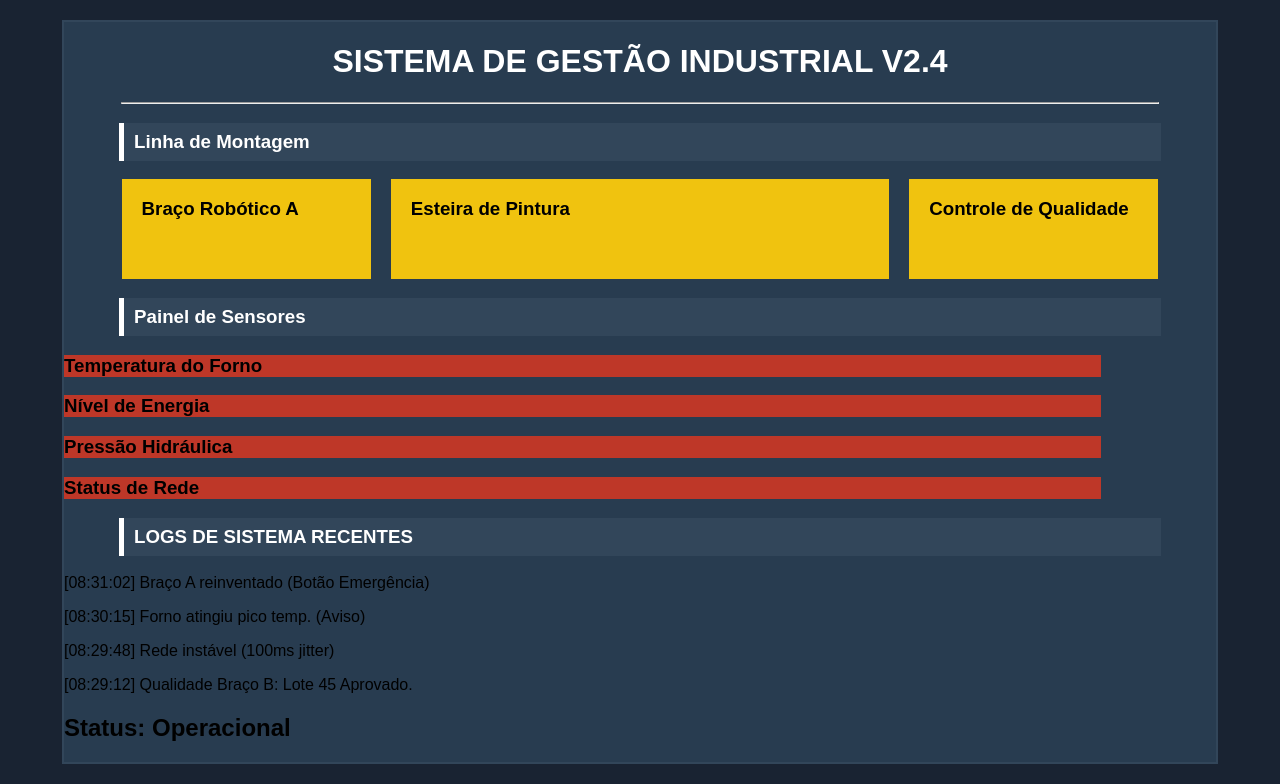
Repository: DanielEDapper/Front-WEG
Page: ProfeIgor/Aula5 - Dashboard Industrial/index.html
The author's editor kept a copy of each file at every save. The page is drawn from the files as they stood at one save, then again after a run of saves.
The browser window is 1280 px wide. The pictures show the whole page.
Some icons come from a web library that is not loaded, so they are not drawn.

Above is the page before, as saved 2026-05-29 19:54:14.

After the next 3 saves:
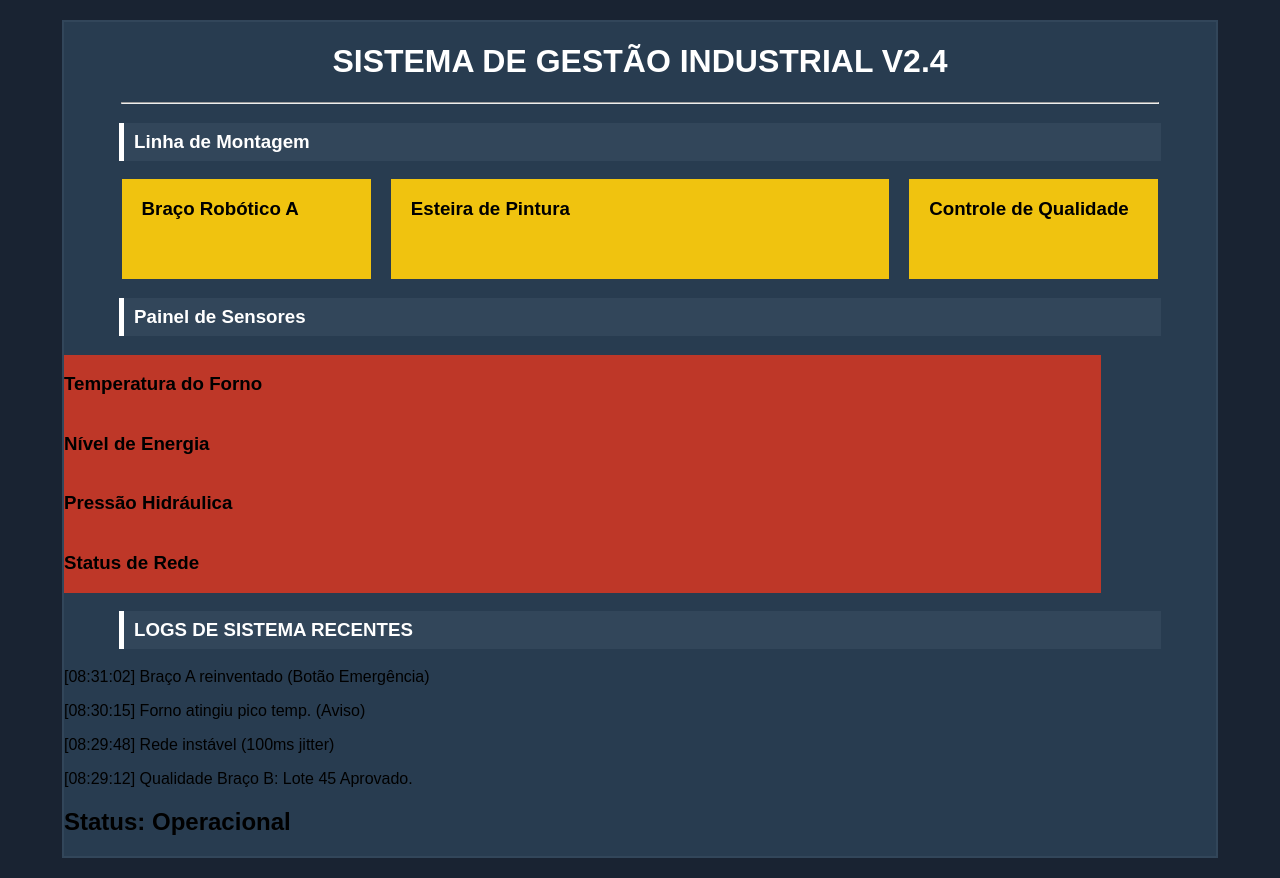
The 3 saves are shown as one change because they came seconds apart.
The last was saved 16 s later.
--- a/ProfeIgor/Aula5 - Dashboard Industrial/style.css
+++ b/ProfeIgor/Aula5 - Dashboard Industrial/style.css
@@ -96,6 +96,7 @@ hr{
 
 .container-sensores{
     width: 90%;
+    display: grid;
 
 }
 
